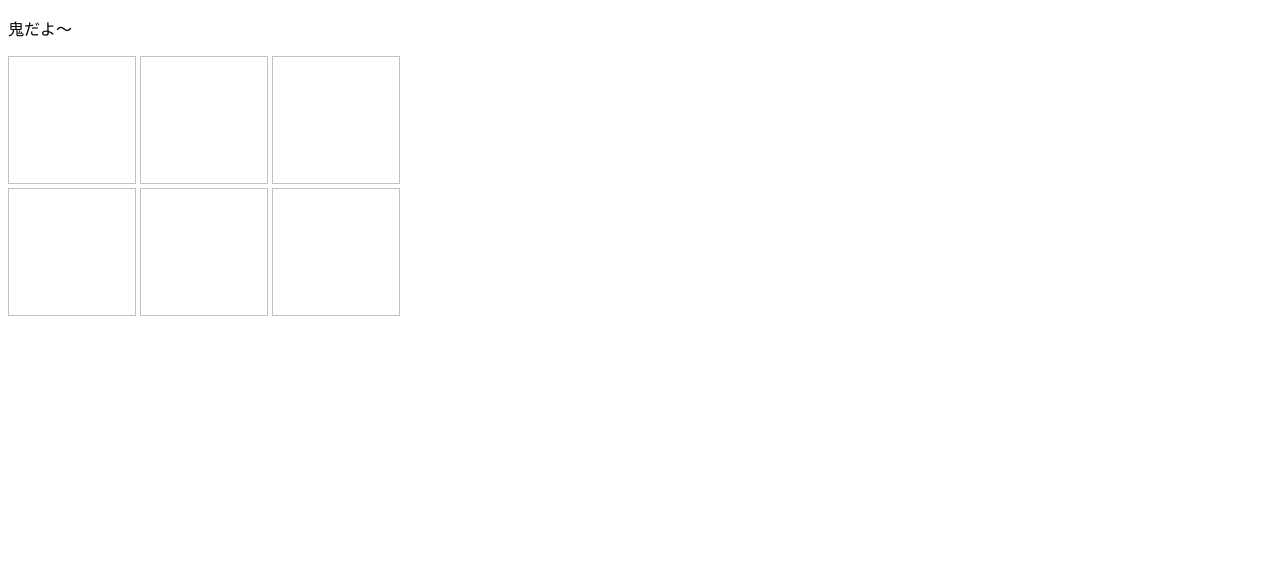
Repository: shoma2491/Mission_Invisible
Page: src/main/resources/templates/game.html
The author's editor kept a copy of each file at every save. The page is drawn from the files as they stood at one save, then again after the next save.
The browser window is 1280 px wide. The pictures show the whole page.

Above is the page before, as saved 2021-12-19 23:47:22.

After the next save:
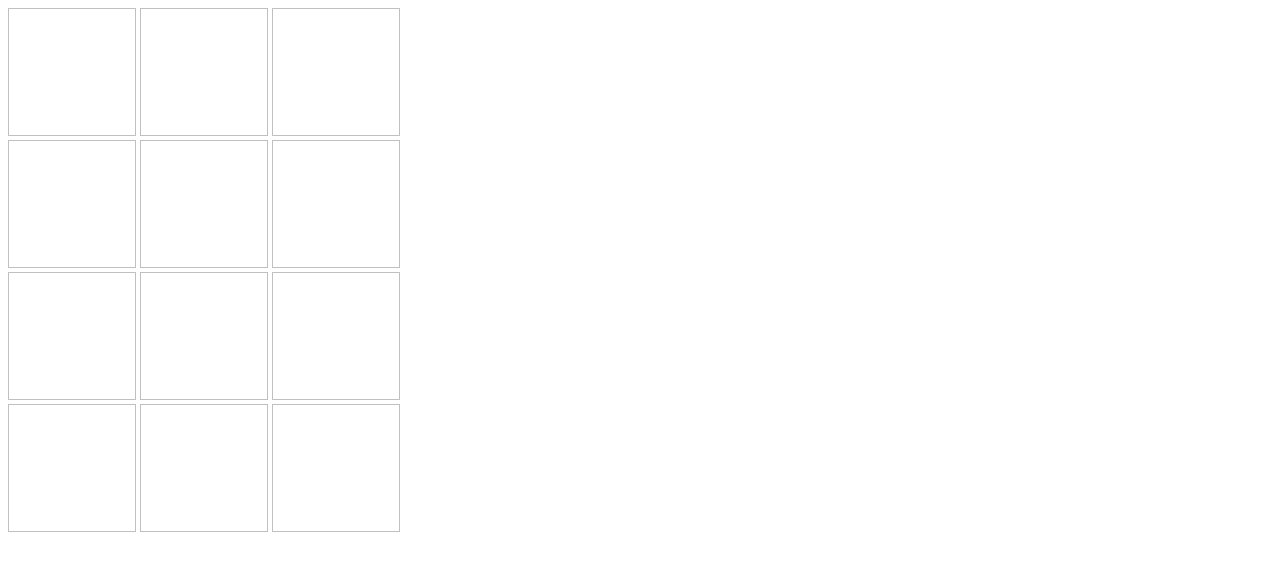
Saved 26 min 36 s later.
--- a/src/main/resources/templates/game.html
+++ b/src/main/resources/templates/game.html
@@ -7,7 +7,13 @@
 
 <body>
     <div sec:authorize="hasRole('ROLE_ONI')">
-      <p>鬼だよ～</p>
+        <a href="/find/1"><img th:src="@{/image/神社.png}" width="128" height="128" /></a>
+        <a href="/find/2"><img th:src="@{/image/商店街.png}" width="128" height="128" /></a>
+        <a href="/find/3"><img th:src="@{/image/くさむら.png}" width="128" height="128" /></a>
+        <br/>
+        <a href="/find/4"><img th:src="@{/image/納屋.png}" width="128" height="128" /></a>
+        <a href="/find/5"><img th:src="@{/image/墓地.png}" width="128" height="128" /></a>
+        <a href="/find/6"><img th:src="@{/image/木.png}" width="128" height="128" /></a>
     </div>
     <div sec:authorize="hasRole('ROLE_USER')">
         <a href="/hide/1"><img th:src="@{/image/神社.png}" width="128" height="128" /></a>
